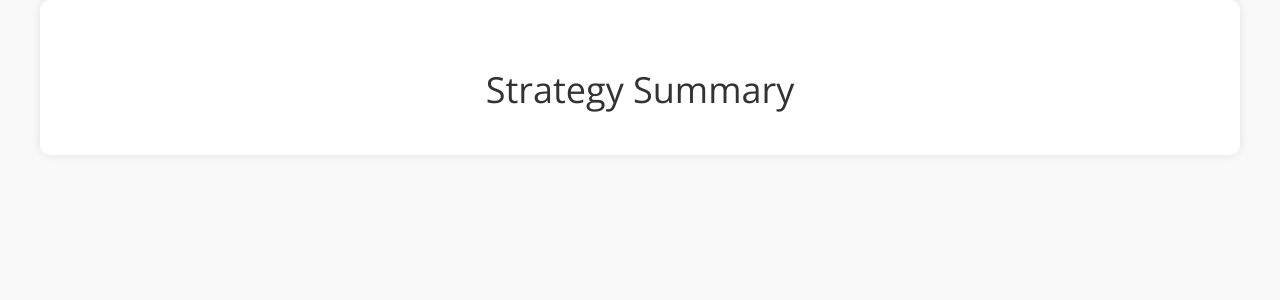
Repository: shiv-aye/stockEye
Page: src/index.html
The author's editor kept a copy of each file at every save. The page is drawn from the files as they stood at one save, then again after the next save.
The browser window is 1280 px wide. The pictures show the whole page.
The page's requests for data from a server got no answer.

Above is the page before, as saved 2024-02-14 12:29:44.

After the next save:
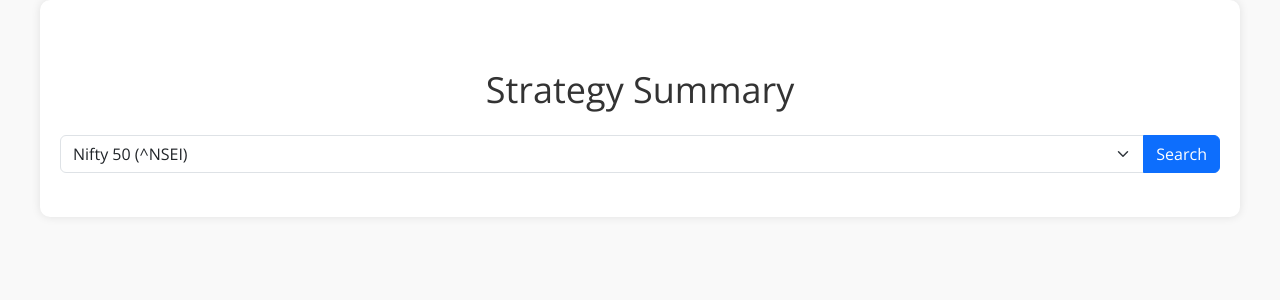
Saved 64 s later.
--- a/src/index.html
+++ b/src/index.html
@@ -18,8 +18,18 @@
     <div class="container">
         <h1 class="text-center mt-5">Strategy Summary</h1>
 
-        <!-- Container for tables -->
-        <div id="tables-container" class="mt-4"></div>
+        <!-- Dropdown for selecting stock symbol -->
+        <div class="input-group mt-4">
+            <select class="form-select" id="stock-select">
+                <option value="^NSEI">Nifty 50 (^NSEI)</option>
+                <option value="TCS">Tata Consultancy Services (TCS)</option>
+                <option value="AAPL">Apple Inc. (AAPL)</option>
+            </select>
+            <button class="btn btn-primary" type="button" id="search-btn">Search</button>
+        </div>
+
+        <!-- Container for table -->
+        <div id="table-container" class="mt-4"></div>
     </div>
 
     <!-- Include jQuery -->
@@ -34,33 +44,39 @@
 
     <script>
         document.addEventListener('DOMContentLoaded', async () => {
+            // Load strategy summary for default stock symbol
+            await loadStrategySummary();
+
+            // Search button click event listener
+            document.getElementById('search-btn').addEventListener('click', async () => {
+                const symbol = document.getElementById('stock-select').value;
+                await loadStrategySummary(symbol);
+            });
+        });
+
+        // Function to load and display strategy summary for a given stock symbol
+        async function loadStrategySummary(symbol = '^NSEI') {
             try {
-                const response = await fetch('/strategy-summary'); // Send request to fetch strategy summary
-                const data = await response.json(); // Parse response JSON
+                const response = await fetch(`/strategy-summary?symbol=${symbol}`);
+                const data = await response.json();
                 if (response.ok) {
-                    // Display tables for each stock
-                    const tablesContainer = document.getElementById('tables-container');
-                    data.forEach(stockData => {
-                        const table = createDataTable(stockData.symbol, stockData.data);
-                        tablesContainer.appendChild(table);
-                    });
+                    displayDataTable(data);
                 } else {
                     console.error('Error fetching strategy summary:', data.error);
                 }
             } catch (error) {
                 console.error('Error fetching strategy summary:', error);
             }
-        });
+        }
 
-        // Function to create DataTable for a stock
-        function createDataTable(symbol, stockData) {
-            // Modify the symbol to make it suitable for use in an HTML ID
-            const tableId = symbol.replace(/\W/g, '_') + '-table';
+        // Function to display DataTable for the given stock data
+        function displayDataTable(stockData) {
+            const tableContainer = document.getElementById('table-container');
+            tableContainer.innerHTML = ''; // Clear previous table, if any
 
             // Create table element
             const table = document.createElement('table');
-            table.id = tableId;
-            table.classList.add('display');
+            table.classList.add('table', 'table-bordered', 'table-hover');
 
             // Create table header
             const thead = document.createElement('thead');
@@ -86,12 +102,13 @@
             });
             table.appendChild(tbody);
 
+            // Append table to container
+            tableContainer.appendChild(table);
+
             // Initialize DataTable
             $(document).ready(function () {
-                $('#' + tableId).DataTable();
+                $(table).DataTable();
             });
-
-            return table;
         }
     </script>
 </body>
